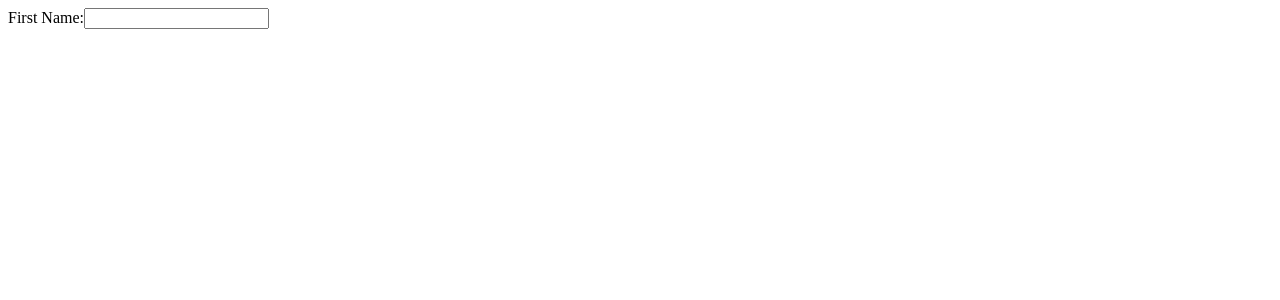
Repository: SravyaChunduri/workspace
Page: http://localhost/AJAXDemo/Hello.jsp
An editor plug-in stored every save of this project. The page is shown before and after the next save, followed by the edit.
The browser window is 1280 px wide. The pictures show the whole page.
The page is served by Tomcat 9. Other server files are loaded and not shown.

Above is the page before, as saved 2015-08-17 05:16:18.
Console error (its wording comes from the project's code and is left out).

### AJAXDemo/WebContent/Hello.jsp
<%@ page language="java" contentType="text/html; charset=ISO-8859-1"
    pageEncoding="ISO-8859-1"%>
<!DOCTYPE html PUBLIC "-//W3C//DTD HTML 4.01 Transitional//EN" "http://www.w3.org/TR/html4/loose.dtd">
<html>
<head>
<meta http-equiv="Content-Type" content="text/html; charset=ISO-8859-1">
<title>Insert title here</title>
</head>
<body>
<form>
First Name:<input type="text" id="txt1" name="put" onkeyup="showHint(this.value)>
<p>Suggestions:<span id="t"></span></p>

</form>

</body>
</html>

After the next save:
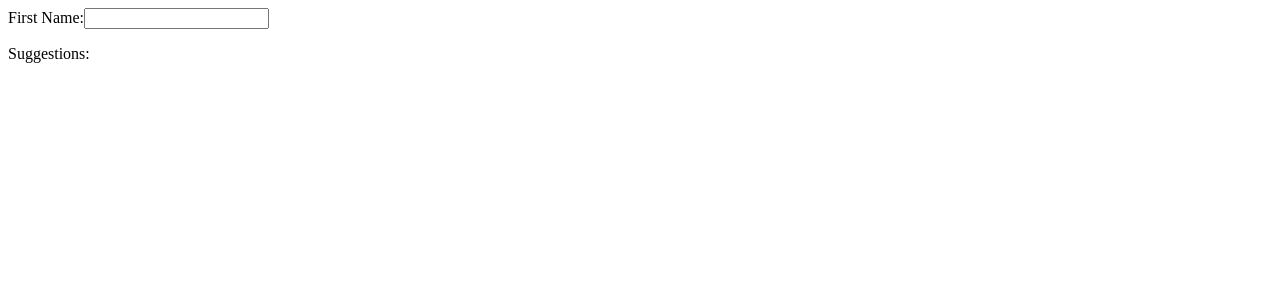
The error is gone.
Saved 16 s later.
--- a/AJAXDemo/WebContent/Hello.jsp
+++ b/AJAXDemo/WebContent/Hello.jsp
@@ -8,7 +8,7 @@
 </head>
 <body>
 <form>
-First Name:<input type="text" id="txt1" name="put" onkeyup="showHint(this.value)>
+First Name:<input type="text" id="txt1" name="put" onkeyup="showHint(this.value)">
 <p>Suggestions:<span id="t"></span></p>
 
 </form>
